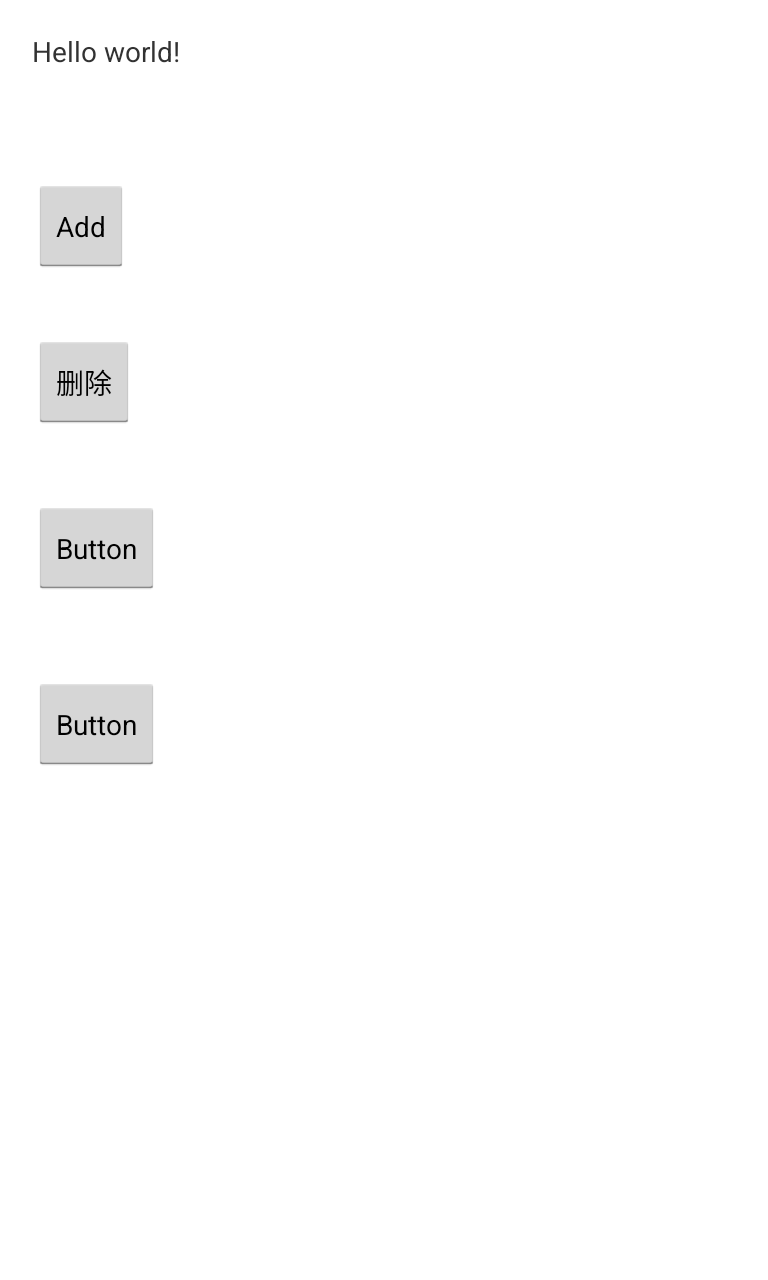
Repository: IvyZh/hm66
Layout: Fake支付宝/res/layout/activity_main.xml
An editor plug-in stored every save of this project. The layout is shown before and after the next save, followed by the edit.
It is drawn on a 768 x 1280 px phone screen (xhdpi) without system bars, with theme AppTheme; the app's code is not run.

Above is the layout before, as saved 2016-05-26 18:05:11.

After the next save:
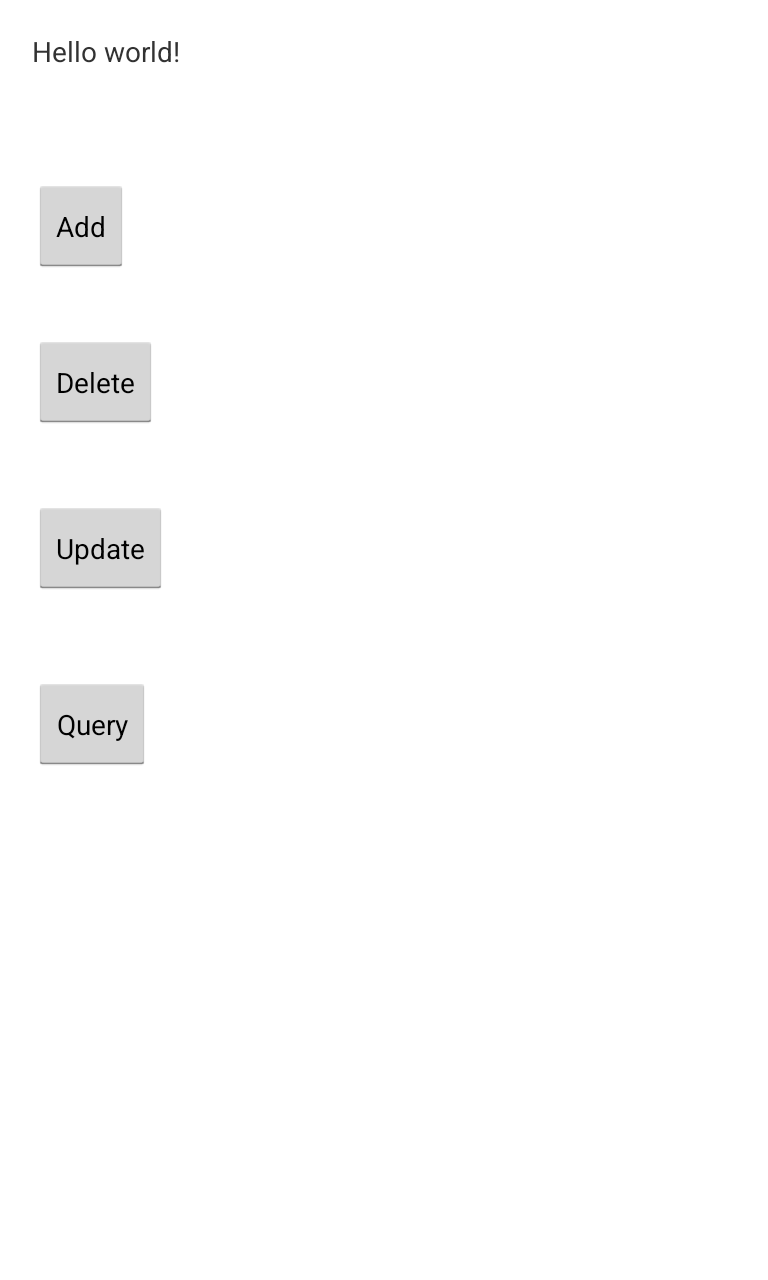
Saved 19 s later.
--- a/Fake支付宝/res/layout/activity_main.xml
+++ b/Fake支付宝/res/layout/activity_main.xml
@@ -34,7 +34,7 @@
         android:layout_below="@+id/button1"
         android:layout_marginTop="30dp"
         android:onClick="click2"
-        android:text="删除" />
+        android:text="Delete" />
 
     <Button
         android:id="@+id/button3"
@@ -45,7 +45,7 @@
         android:layout_below="@+id/button2"
         android:layout_marginTop="35dp"
         android:onClick="click3"
-        android:text="Button" />
+        android:text="Update" />
 
     <Button
         android:id="@+id/button4"
@@ -56,6 +56,6 @@
         android:layout_below="@+id/button3"
         android:layout_marginTop="40dp"
         android:onClick="click4"
-        android:text="Button" />
+        android:text="Query" />
 
 </RelativeLayout>
